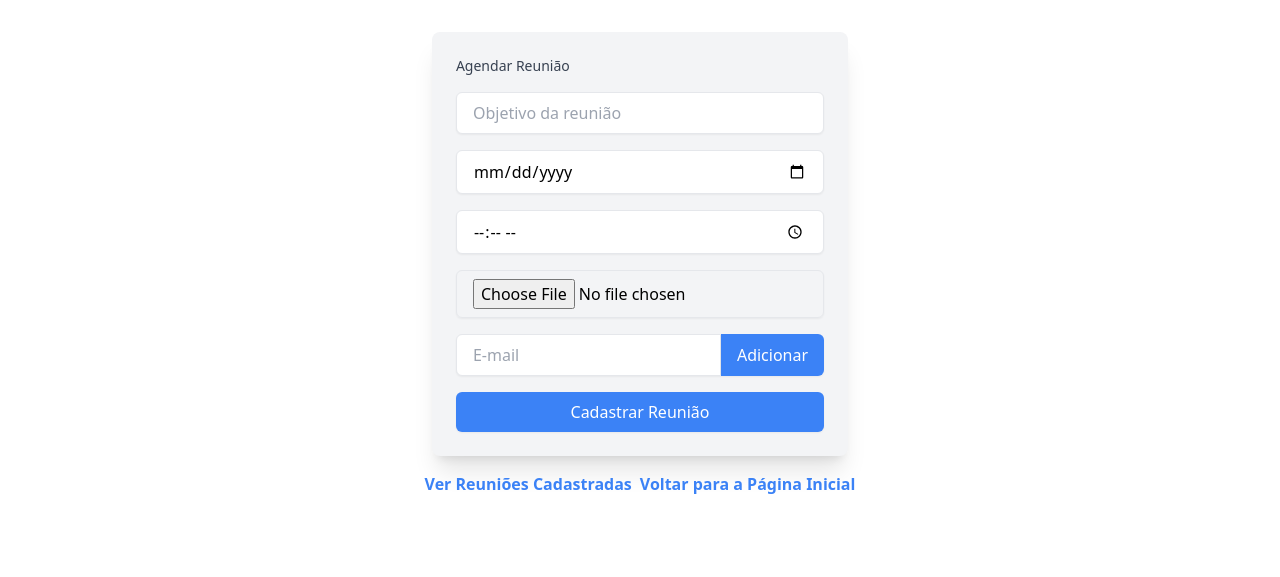
Repository: TamiBeira/meeting
Page: /form
An editor plug-in stored every save of this project. The page is shown before and after the next save, followed by the edit.
The browser window is 1280 px wide. The pictures show the whole page.
The project was rebuilt for these pictures with package versions that can differ from the ones it lists, and the page was loaded fresh each time. Also part of the build but not shown: vite.config.ts, src/contexts/MeetingsContext.tsx, src/components/MeetingsView.tsx, src/components/HomePage.tsx.

Above is the page before, as saved 2024-02-26 23:49:33.

After the next save:
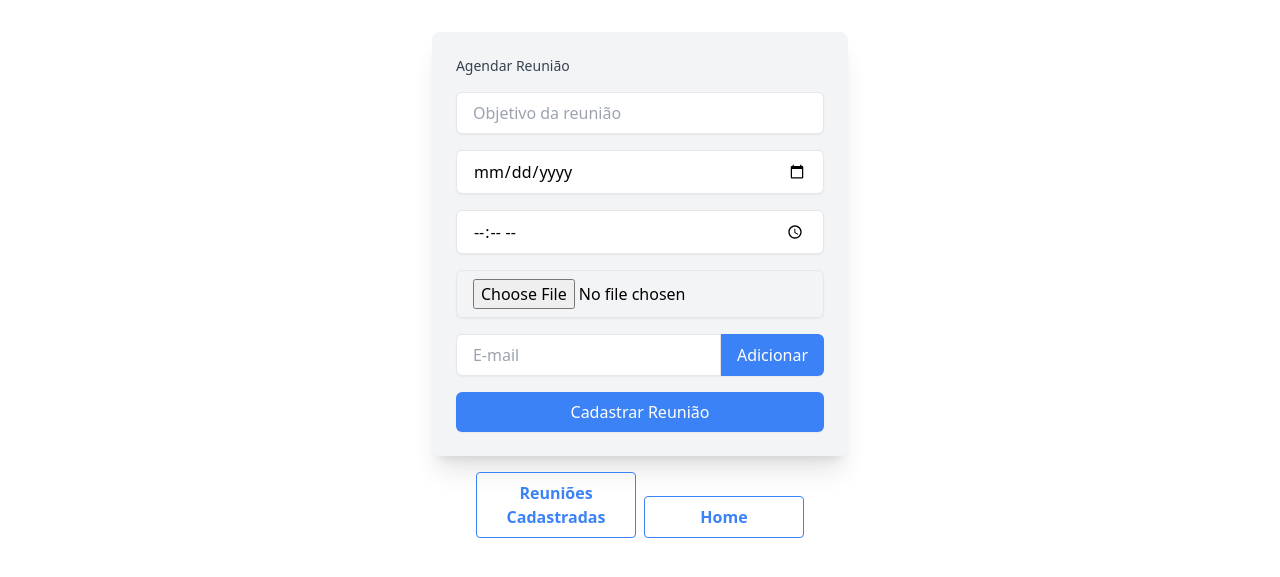
Saved 2 min 3 s later.
--- a/src/components/Form.tsx
+++ b/src/components/Form.tsx
@@ -96,8 +96,9 @@ export const Form = () => {
         <ToastContainer />
       </div>
       <div className="mt-4">
-        <Link to="/meetings" className="text-blue-500 font-bold mr-2">Ver Reuniões Cadastradas</Link>
-        <Link to="/" className="text-blue-500 font-bold">Voltar para a Página Inicial</Link>
+      <Link to="/meetings" className="w-40 inline-block text-center border border-solid border-blue-500 text-blue-500 font-bold mr-2 px-4 py-2 rounded">Reuniões Cadastradas</Link>
+      <Link to="/" className="w-40 inline-block text-center border border-solid border-blue-500 text-blue-500 font-bold px-4 py-2 rounded">Home</Link>
+
       </div>
     </main>
   );
